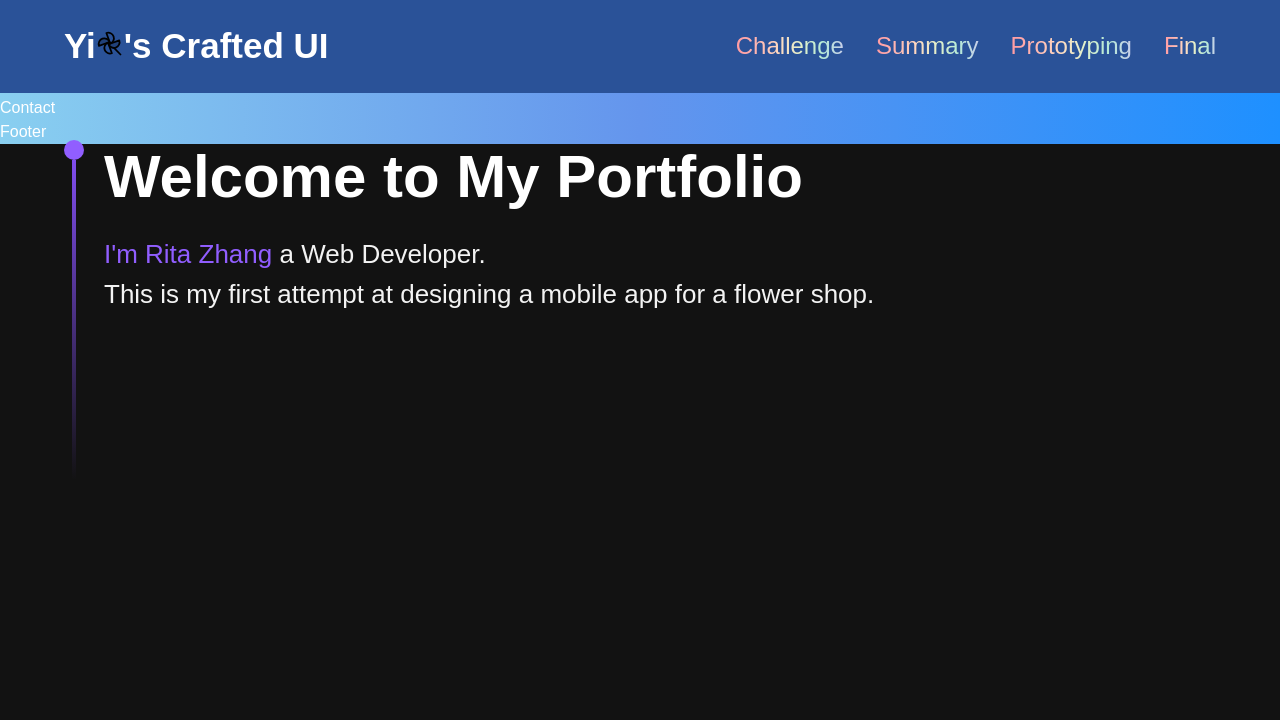
Repository: Tracy-maker/UI-design
Page: /
An editor plug-in stored every save of this project. The page is shown before and after the next save, followed by the edit.
The browser window is 1280 px wide. The pictures show the whole page.
Some web fonts or font styles are not loaded; a fallback is used. The project was rebuilt for these pictures with package versions that can differ from the ones it lists, and the page was loaded fresh each time. Also part of the build but not shown: vite.config.js.

Above is the page before, as saved 2024-05-29 23:05:13.

### src/App.jsx
import { BrowserRouter } from "react-router-dom";
import {
  Navbar,
  Story,
  Challenge,
  Summaries,
  Prototyping,
  Final,
  Contact,
  Footer,
} from "./components";

const App = () => {
  return (
    <BrowserRouter>
      <div className="relative z-0 bg-primary-gradient">
        <div className="bg-hero-pattern bg-cover bg-no-repeat bg-center">
          <Navbar />
          <Story />
        </div>
        <Challenge />
        <Summaries />
        <Prototyping />
        <Final />
        <div className="relative z-0">
          <Contact />
          <Footer />
        </div>
      </div>
    </BrowserRouter>
  );
};

export default App;

### src/index.css
@import url("https://fonts.googleapis.com/css2?family=Poetsen+One&display=swap");

@tailwind base;
@tailwind components;
@tailwind utilities;

* {
  margin: 0;
  padding: 0;
  box-sizing: border-box;
  font-family: "Poetsen One", sans-serif;
  scroll-behavior: smooth;
  color-scheme: dark;
}


.hash-span {
  margin-top: -100px;
  padding-bottom: 100px;
  display: block;
}

.grey-gradient {
  background: #808080; /* fallback for old browsers */
  background: -webkit-linear-gradient(
    to right,
    #b3b3b3,
    #808080
  ); /* Chrome 10-25, Safari 5.1-6 */
  background: linear-gradient(
    to right,
    #b3b3b3,
    #808080
  ); /* W3C, IE 10+/ Edge, Firefox 16+, Chrome 26+, Opera 12+, Safari 7+ */
}

.violet-gradient {
  background: #804dee;
  background: linear-gradient(-90deg, #804dee 0%, rgba(60, 51, 80, 0) 100%);
  background: -webkit-linear-gradient(
    -90deg,
    #804dee 0%,
    rgba(60, 51, 80, 0) 100%
  );
}

.green-pink-gradient {
  background: "#00cea8";
  background: linear-gradient(90.13deg, #00cea8 1.9%, #bf61ff 97.5%);
  background: -webkit-linear-gradient(-90.13deg, #00cea8 1.9%, #bf61ff 97.5%);
}

.orange-text-gradient {
  background: #f12711; /* fallback for old browsers */
  background: -webkit-linear-gradient(
    to top,
    #f12711,
    #f5af19
  ); /* Chrome 10-25, Safari 5.1-6 */
  background: linear-gradient(
    to top,
    #f12711,
    #f5af19
  ); /* W3C, IE 10+/ Edge, Firefox 16+, Chrome 26+, Opera 12+, Safari 7+ */
  -webkit-background-clip: text;
  -webkit-text-fill-color: transparent;
}

.green-text-gradient {
  background: #11998e; /* fallback for old browsers */
  background: -webkit-linear-gradient(
    to top,
    #11998e,
    #38ef7d
  ); /* Chrome 10-25, Safari 5.1-6 */
  background: linear-gradient(
    to top,
    #11998e,
    #38ef7d
  ); /* W3C, IE 10+/ Edge, Firefox 16+, Chrome 26+, Opera 12+, Safari 7+ */
  -webkit-background-clip: text;
  -webkit-text-fill-color: transparent;
}

.blue-text-gradient {
  /* background: -webkit-linear-gradient(#eee, #333); */
  background: #56ccf2; /* fallback for old browsers */
  background: -webkit-linear-gradient(
    to top,
    #2f80ed,
    #56ccf2
  ); /* Chrome 10-25, Safari 5.1-6 */
  background: linear-gradient(
    to top,
    #2f80ed,
    #56ccf2
  ); /* W3C, IE 10+/ Edge, Firefox 16+, Chrome 26+, Opera 12+, Safari 7+ */
  -webkit-background-clip: text;
  -webkit-text-fill-color: transparent;
}

.pink-text-gradient {
  background: #ec008c; /* fallback for old browsers */
  background: -webkit-linear-gradient(
    to top,
    #ec008c,
    #fc6767
  ); /* Chrome 10-25, Safari 5.1-6 */
  background: linear-gradient(
    to top,
    #ec008c,
    #fc6767
  ); /* W3C, IE 10+/ Edge, Firefox 16+, Chrome 26+, Opera 12+, Safari 7+ */
  -webkit-background-clip: text;
  -webkit-text-fill-color: transparent;
}

/* canvas- styles */
.canvas-loader {
  font-size: 10px;
  width: 1em;
  height: 1em;
  border-radius: 50%;
  position: relative;
  text-indent: -9999em;
  animation: mulShdSpin 1.1s infinite ease;
  transform: translateZ(0);
}

@keyframes mulShdSpin {
  0%,
  100% {
    box-shadow: 0em -2.6em 0em 0em #ffffff,
      1.8em -1.8em 0 0em rgba(255, 255, 255, 0.2),
      2.5em 0em 0 0em rgba(255, 255, 255, 0.2),
      1.75em 1.75em 0 0em rgba(255, 255, 255, 0.2),
      0em 2.5em 0 0em rgba(255, 255, 255, 0.2),
      -1.8em 1.8em 0 0em rgba(255, 255, 255, 0.2),
      -2.6em 0em 0 0em rgba(255, 255, 255, 0.5),
      -1.8em -1.8em 0 0em rgba(255, 255, 255, 0.7);
  }
  12.5% {
    box-shadow: 0em -2.6em 0em 0em rgba(255, 255, 255, 0.7),
      1.8em -1.8em 0 0em #ffffff, 2.5em 0em 0 0em rgba(255, 255, 255, 0.2),
      1.75em 1.75em 0 0em rgba(255, 255, 255, 0.2),
      0em 2.5em 0 0em rgba(255, 255, 255, 0.2),
      -1.8em 1.8em 0 0em rgba(255, 255, 255, 0.2),
      -2.6em 0em 0 0em rgba(255, 255, 255, 0.2),
      -1.8em -1.8em 0 0em rgba(255, 255, 255, 0.5);
  }
  25% {
    box-shadow: 0em -2.6em 0em 0em rgba(255, 255, 255, 0.5),
      1.8em -1.8em 0 0em rgba(255, 255, 255, 0.7), 2.5em 0em 0 0em #ffffff,
      1.75em 1.75em 0 0em rgba(255, 255, 255, 0.2),
      0em 2.5em 0 0em rgba(255, 255, 255, 0.2),
      -1.8em 1.8em 0 0em rgba(255, 255, 255, 0.2),
      -2.6em 0em 0 0em rgba(255, 255, 255, 0.2),
      -1.8em -1.8em 0 0em rgba(255, 255, 255, 0.2);
  }
  37.5% {
    box-shadow: 0em -2.6em 0em 0em rgba(255, 255, 255, 0.2),
      1.8em -1.8em 0 0em rgba(255, 255, 255, 0.5),
      2.5em 0em 0 0em rgba(255, 255, 255, 0.7), 1.75em 1.75em 0 0em #ffffff,
      0em 2.5em 0 0em rgba(255, 255, 255, 0.2),
      -1.8em 1.8em 0 0em rgba(255, 255, 255, 0.2),
      -2.6em 0em 0 0em rgba(255, 255, 255, 0.2),
      -1.8em -1.8em 0 0em rgba(255, 255, 255, 0.2);
  }
  50% {
    box-shadow: 0em -2.6em 0em 0em rgba(255, 255, 255, 0.2),
      1.8em -1.8em 0 0em rgba(255, 255, 255, 0.2),
      2.5em 0em 0 0em rgba(255, 255, 255, 0.5),
      1.75em 1.75em 0 0em rgba(255, 255, 255, 0.7), 0em 2.5em 0 0em #ffffff,
      -1.8em 1.8em 0 0em rgba(255, 255, 255, 0.2),
      -2.6em 0em 0 0em rgba(255, 255, 255, 0.2),
      -1.8em -1.8em 0 0em rgba(255, 255, 255, 0.2);
  }
  62.5% {
    box-shadow: 0em -2.6em 0em 0em rgba(255, 255, 255, 0.2),
      1.8em -1.8em 0 0em rgba(255, 255, 255, 0.2),
      2.5em 0em 0 0em rgba(255, 255, 255, 0.2),
      1.75em 1.75em 0 0em rgba(255, 255, 255, 0.5),
      0em 2.5em 0 0em rgba(255, 255, 255, 0.7), -1.8em 1.8em 0 0em #ffffff,
      -2.6em 0em 0 0em rgba(255, 255, 255, 0.2),
      -1.8em -1.8em 0 0em rgba(255, 255, 255, 0.2);
  }
  75% {
    box-shadow: 0em -2.6em 0em 0em rgba(255, 255, 255, 0.2),
      1.8em -1.8em 0 0em rgba(255, 255, 255, 0.2),
      2.5em 0em 0 0em rgba(255, 255, 255, 0.2),
      1.75em 1.75em 0 0em rgba(255, 255, 255, 0.2),
      0em 2.5em 0 0em rgba(255, 255, 255, 0.5),
      -1.8em 1.8em 0 0em rgba(255, 255, 255, 0.7), -2.6em 0em 0 0em #ffffff,
      -1.8em -1.8em 0 0em rgba(255, 255, 255, 0.2);
  }
  87.5% {
    box-shadow: 0em -2.6em 0em 0em rgba(255, 255, 255, 0.2),
      1.8em -1.8em 0 0em rgba(255, 255, 255, 0.2),
      2.5em 0em 0 0em rgba(255, 255, 255, 0.2),
      1.75em 1.75em 0 0em rgba(255, 255, 255, 0.2),
      0em 2.5em 0 0em rgba(255, 255, 255, 0.2),
      -1.8em 1.8em 0 0em rgba(255, 255, 255, 0.5),
      -2.6em 0em 0 0em rgba(255, 255, 255, 0.7), -1.8em -1.8em 0 0em #ffffff;
  }
}

### src/components/index.js
export { default as Navbar } from "./Navbar";
export { default as Story } from "./Story";
export { default as Challenge } from "./Challenge";
export { default as Summaries } from "./Summaries";
export { default as Prototyping } from "./Prototyping";
export { default as Final } from "./Final";
export { default as Contact } from "./Contact";
export { default as Footer } from "./Footer";

### src/components/Navbar.jsx
import { useState } from "react";
import { Link } from "react-router-dom";
import menu from "../assets/menu.svg";
import close from "../assets/close.svg";
import pinwheel from "../assets/pinwheel.svg";
import styles from "../styles.js";
import { navLinks } from "./constants/index.js";


const Navbar = () => {
  const [active, setActive] = useState("");
  const [toggle, setToggle] = useState(false);

  return (
    <nav
      className={`${styles.paddingX} w-full flex items-center py-5 fixed top-0 z-20 bg-primary`}
    >
      <div className="w-full flex justify-between items-center max-w-7xl mx-auto">
        <Link
          to="/"
          className="flex items-center gap-2"
          onClick={() => {
            setActive("");
            window.scroll(0, 0);
          }}
        >
          <p className="text-white text-[35px] font-bold cursor-pointer flex ">
            Yi{" "}
            <img src={pinwheel} alt="pinwheel" className="w-7 h-7 mt-2.5 object-contain " />
            &apos;s&nbsp;
            <span className="sm:block hidden"> Crafted UI </span>
          </p>
        </Link>
        <ul className="list-none hidden sm:flex flex-row gap-8">
          {navLinks.map((link) => (
            <li
              key={link.id}
              className={`${
                active === link.title ? "text-white" : "text-rainbow"
              } hover:text-white text-[24px] font-medium cursor-pointer`}
              onClick={() => setActive(link.title)}
            >
              <a href={`#${link.id}`}>{link.title}</a>
            </li>
          ))}
        </ul>

        {/* the mobile version */}
        <div className="sm:hidden flex flex-1 justify-end items-center">
          <img
            src={toggle ? close : menu}
            alt="menu"
            className="w-[28px] h-[28px] object-contain"
            onClick={() => setToggle(!toggle)}
          />

          <div
            className={`${
              !toggle ? "hidden" : "flex"
            } p-6 grey-gradient absolute top-20 right-0 mx-0.5 my-1 min-w-[140px] z-10 rounded-xl`}
          >
            <ul className="list-none flex justify-start items-start flex-1 flex-col gap-4">
              {navLinks.map((link) => (
                <li
                  key={link.id}
                  className={`font-medium cursor-pointer text-[16px] ${
                    active === link.title ? "text-white" : "text-rainbow"
                  }`}
                  onClick={() => {
                    setToggle(!toggle);
                    setActive(link.title);
                  }}
                >
                  <a href={`#${link.id}`}>{link.title}</a>
                </li>
              ))}
            </ul>
          </div>
        </div>
      </div>
    </nav>
  );
};

export default Navbar;

### src/components/Story.jsx
import styles from "../styles";

const Story = () => {
  return (
    <section>
      <div
        className={`absolute inset-0 top-[120px]  max-w-7xl mx-auto ${styles.paddingX} flex flex-row items-start gap-5`}
      >
        <div className="flex flex-col justify-center items-center mt-5">
          <div className="w-5 h-5 rounded-full bg-[#915EFF]" />
          <div className="w-1 sm:h-80 h-40 violet-gradient" />
        </div>

        <div>
          <h1 className={`${styles.heroHeadText} text-white`}>
            Welcome to My Portfolio
          </h1>
          <p className={`${styles.heroSubText} mt-2 text-white-100`}>
            <span className="text-[#915EFF]">I&apos;m Rita Zhang </span>
            a Web Developer.
            <br className=" sm:block hidden" />
            This is my first attempt at designing a mobile app for a flower
            shop.
          </p>
        </div>
      </div>
    </section>
  );
};

export default Story;

### src/components/Challenge.jsx
import React from "react";

const Challenge = () => {
  return <div>Challenge</div>;
};

export default Challenge;

### src/components/Summaries.jsx
import React from "react";

const Summaries = () => {
  return <div>Summaries</div>;
};

export default Summaries;

### src/components/Prototyping.jsx
import React from "react";

const Prototyping = () => {
  return <div>Prototyping</div>;
};

export default Prototyping;

### src/components/Final.jsx
import React from "react";

const Final = () => {
  return <div>Final</div>;
};

export default Final;

### src/styles.js
const styles = {
    paddingX: "sm:px-16 px-6",
    paddingY: "sm:py-16 py-6",
    padding: "sm:px-16 px-6 sm:py-16 py-10",

    heroHeadText:
      "font-black text-white lg:text-[60px] sm:text-[40px] xs:text-[30px] text-[20px] lg:leading-[98px] mt-2",
    heroSubText:
      "text-[#dfd9ff] font-medium lg:text-[26px] sm:text-[20px] xs:text-[16px] text-[14px] lg:leading-[40px]",

    sectionHeadText:
      "text-white font-black md:text-[60px] sm:text-[50px] xs:text-[40px] text-[30px]",
    sectionSubText:
      "sm:text-[18px] text-[14px] text-secondary uppercase tracking-wider",
  };

  export default styles ;

### src/components/constants/index.js
export const navLinks = [
  {
    id: "challenge",
    title: "Challenge",
  },
  {
    id: "summary",
    title: "Summary",
  },
  {
    id: "prototyping",
    title: "Prototyping",
  },
  {
    id: "final",
    title: "Final",
  },
];

### tailwind.config.js
/** @type {import('tailwindcss').Config} */
export default {
  content: ["./index.html", "./src/**/*.{js,ts,jsx,tsx}"],
  theme: {
    extend: {
      colors: {
        primary: {
          light: "#1e3c72",
          DEFAULT: "#2a5298",
          dark: "#1a2a6c",
        },
        secondary: "#F6EBD9",
        tertiary: "#151030",
        "black-100": "#100d25",
        "black-200": "#090325",
        "white-100": "#f3f3f3",
      },
      boxShadow: {
        card: "0px 35px 120px -15px #211e35",
      },
      screens: {
        xs: "450px",
      },
    },
  },
  plugins: [
    function ({ addUtilities }) {
      const newUtilities = {
        ".bg-primary-gradient": {
          background: "linear-gradient(90deg, #89CFF0, #6495ED, #1E90FF)",
        },
        ".text-rainbow": {
          background: "linear-gradient(90deg, #ff9aa2, #ffb7b2, #ffdac1, #e2f0cb, #b5ead7, #c7ceea)",
          "-webkit-background-clip": "text",
          "-webkit-text-fill-color": "transparent",
        },
      };
      addUtilities(newUtilities, ["responsive", "hover"]);
    },
  ],
};

Loaded but not shown: index.html (common file); src/main.jsx (common file); src/components/Contact.jsx (common file); src/components/Footer.jsx (common file)

After the next save:
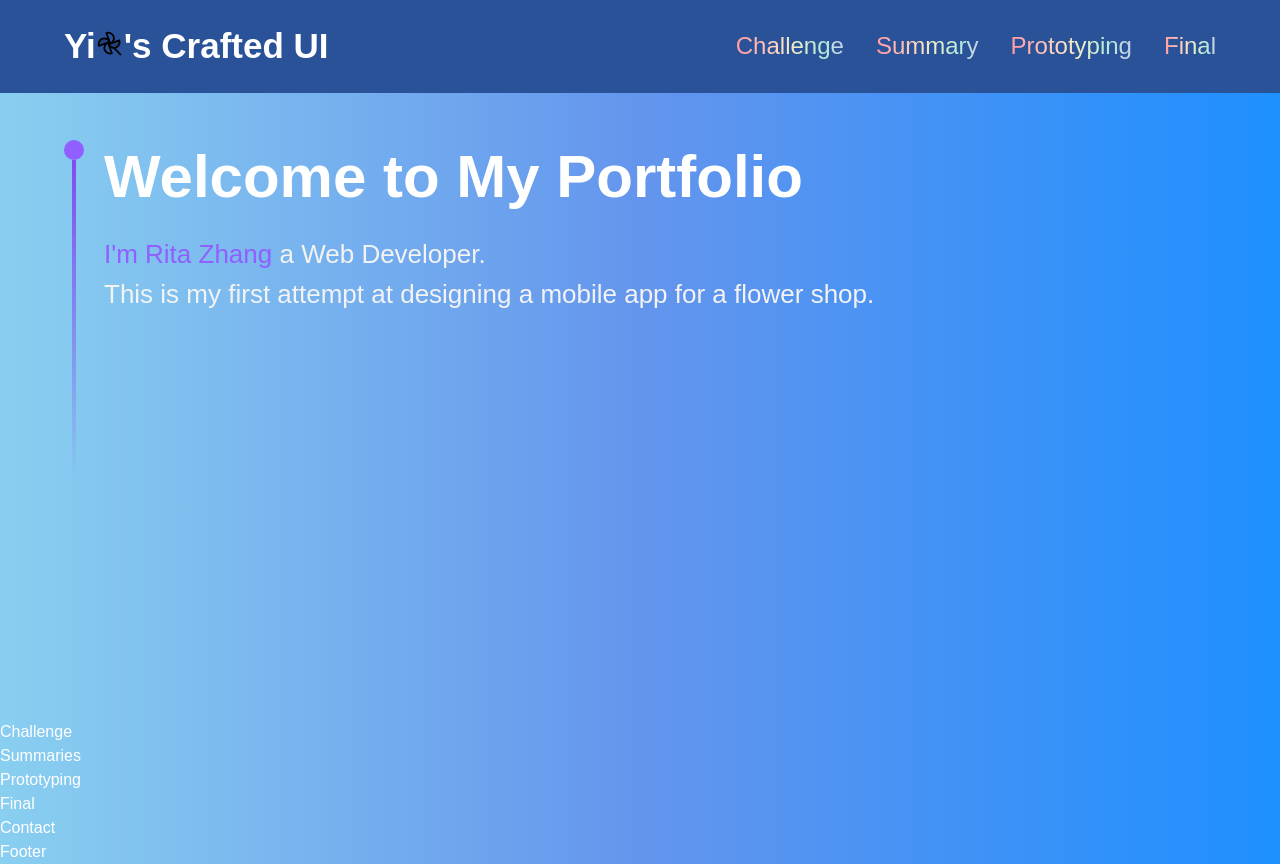
Saved 4 min 31 s later.
--- a/src/components/Story.jsx
+++ b/src/components/Story.jsx
@@ -2,9 +2,9 @@
 
 const Story = () => {
   return (
-    <section>
+    <section className={`relative w-full h-screen mx-auto`}>
       <div
-        className={`absolute inset-0 top-[120px]  max-w-7xl mx-auto ${styles.paddingX} flex flex-row items-start gap-5`}
+        className={`absolute inset-0 top-[120px] max-w-7xl mx-auto ${styles.paddingX} flex flex-row items-start gap-5`}
       >
         <div className="flex flex-col justify-center items-center mt-5">
           <div className="w-5 h-5 rounded-full bg-[#915EFF]" />
